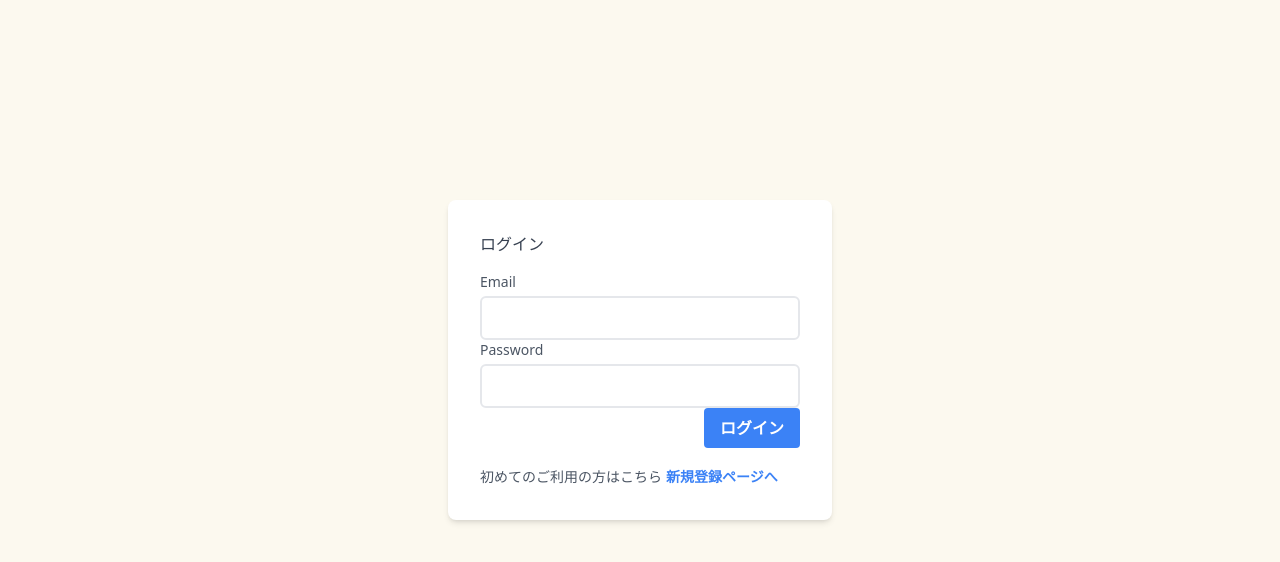
Repository: daidai0602/gs_kadai_js_sensyuken
Page: /auth/login
The author's editor kept a copy of each file at every save. The page is drawn from the files as they stood at one save, then again after a run of saves.
The browser window is 1280 px wide. The pictures show the whole page.
The project was rebuilt for these pictures with package versions that can differ from the ones it lists, and the page was loaded fresh each time. The framework's server and built-in components were replaced by stand-ins that run in the browser. Also part of the build but not shown: next.config.js.

Above is the page before, as saved 2023-11-09 12:22:48.

After the next 2 saves:
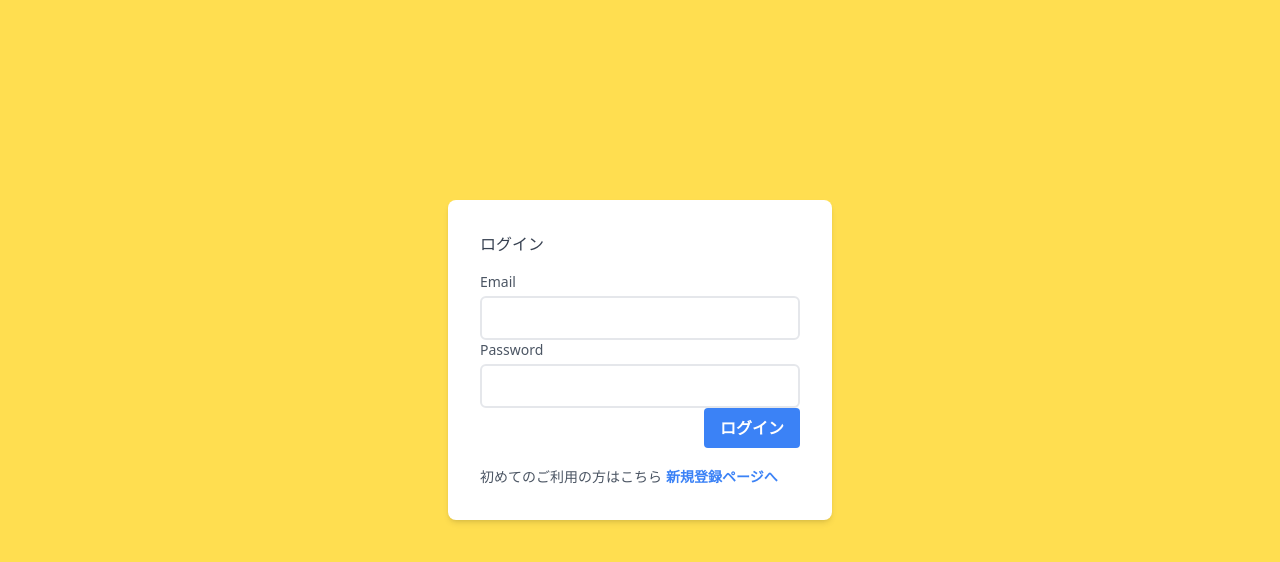
The 2 saves are shown as one change because they came seconds apart.
The last was saved 45 s later.
--- a/src/app/globals.css
+++ b/src/app/globals.css
@@ -3,5 +3,5 @@
 @tailwind utilities;
 
 body{
-  background-color: #FCF9EF;
+  background-color: #FFDE50;
 }
